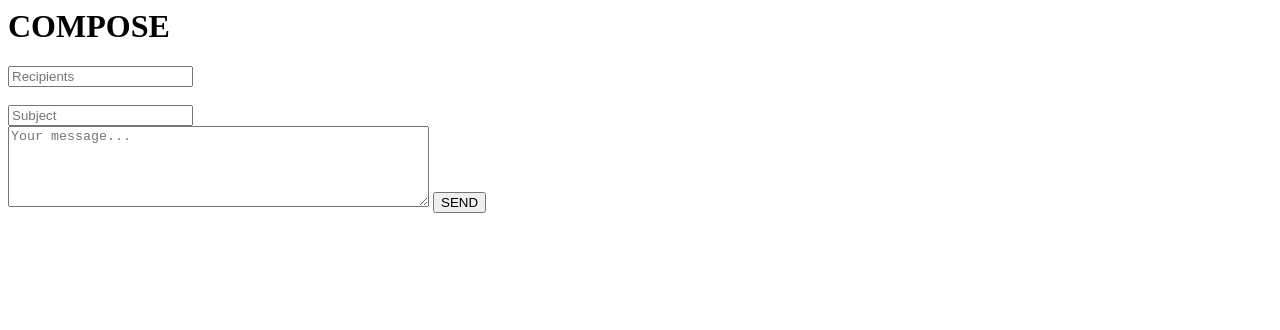
Repository: oforbes/CMail
Page: compose.html
The author's editor kept a record of every edit. The page is drawn from the files as they stood at one moment, then again after the next edit.
The browser window is 1280 px wide. The pictures show the whole page.

Above is the page before.

After the next edit:
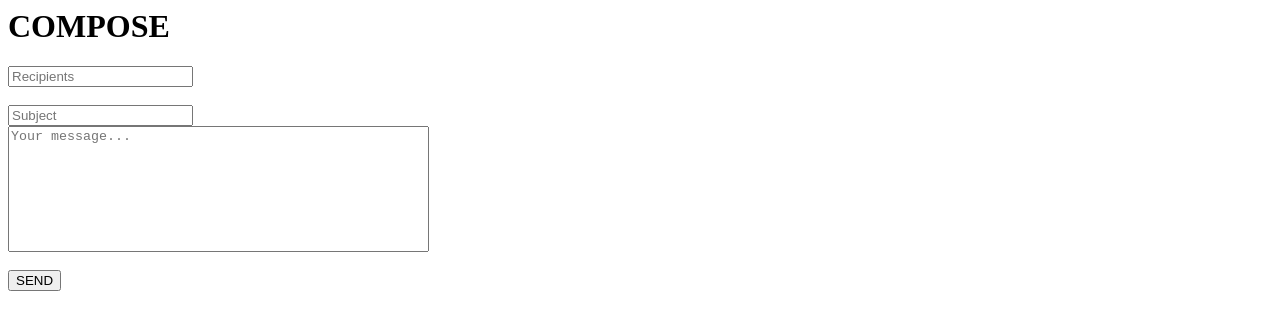
The edit:
--- a/compose.html
+++ b/compose.html
@@ -12,7 +12,7 @@
 
                     <input type="text" placeholder="Recipients" class="bxes"/><br><br>
                     <input type="text" placeholder="Subject" class="bxes"/><br>
-                    <textarea cols="50" rows="5" placeholder="Your message..." draggable="false"></textarea>
+                    <textarea cols="50" rows="8" placeholder="Your message..." style="resize:none"></textarea><br><br>
                     <button class="button">SEND</button>
 
 
